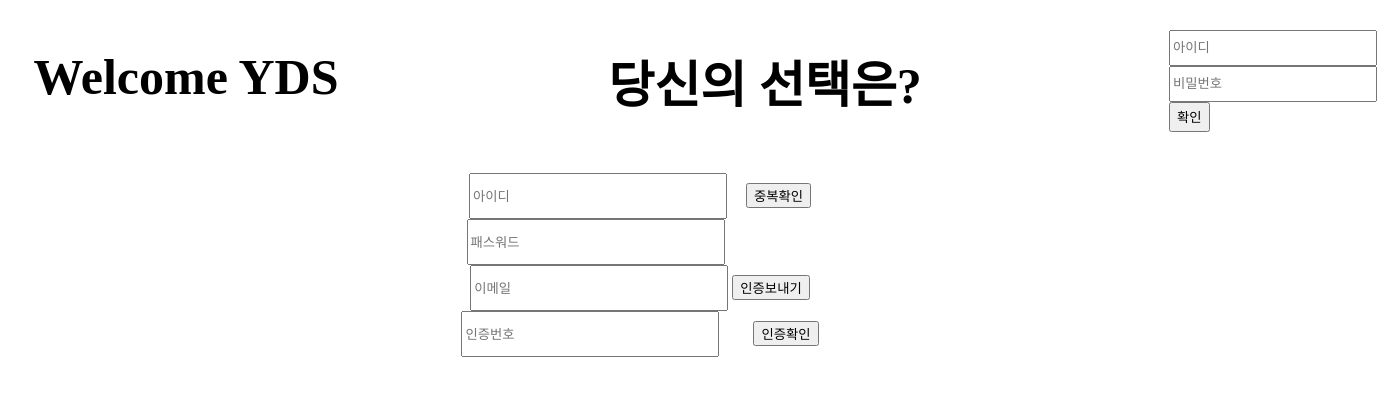
Repository: ejrtn/springbootMaven
Page: deoksu/src/main/resources/static/join.html
These files come from the project's save history. The page is drawn as it stood at one moment and after the next save; the edit follows.
The browser window is 1280 px wide. The page is 1380 px wide, so the pictures cover 1380 px, including what lies to the right of the window. The pictures show the whole page.

Above is the page before, as saved 2021-04-10 13:19:36.

After the next save:
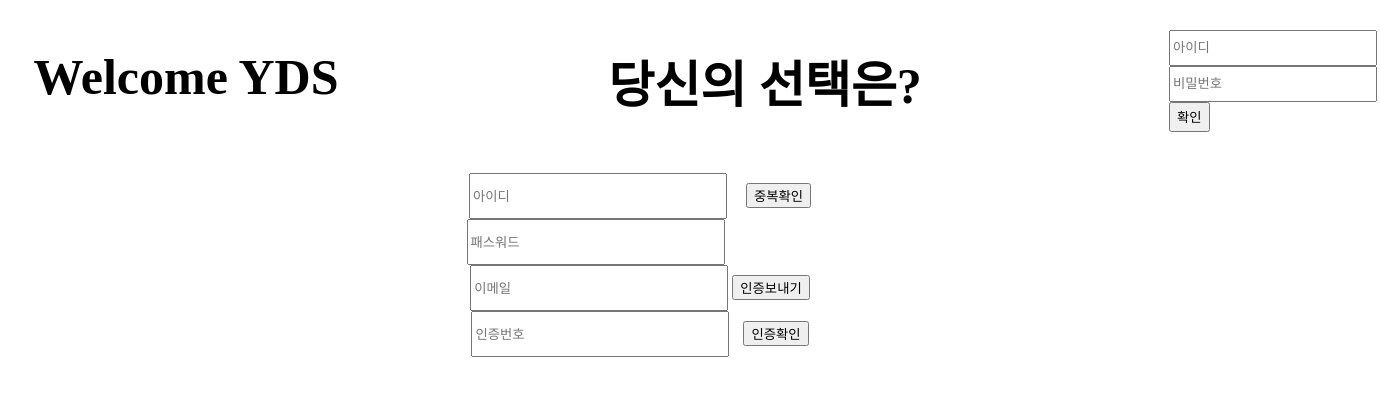
Saved 3 s later.
--- a/deoksu/src/main/resources/static/join.html
+++ b/deoksu/src/main/resources/static/join.html
@@ -52,7 +52,7 @@ function chkPW(){
 		<input type="password" placeholder="패스워드" style="width: 250px; height: 40px; margin-right: 89px;"><br>
 		<input type="email" placeholder="이메일" style="width: 250px; height: 40px;">
 		<input type="button" value="인증보내기"><br>
-		<input type="text" placeholder="인증번호" style="width: 250px; height: 40px; margin-right: 30px;">
+		<input type="text" placeholder="인증번호" style="width: 250px; height: 40px; margin-right: 10px;">
 		<input type="button" value="인증확인">
 	</div>
 </body>
